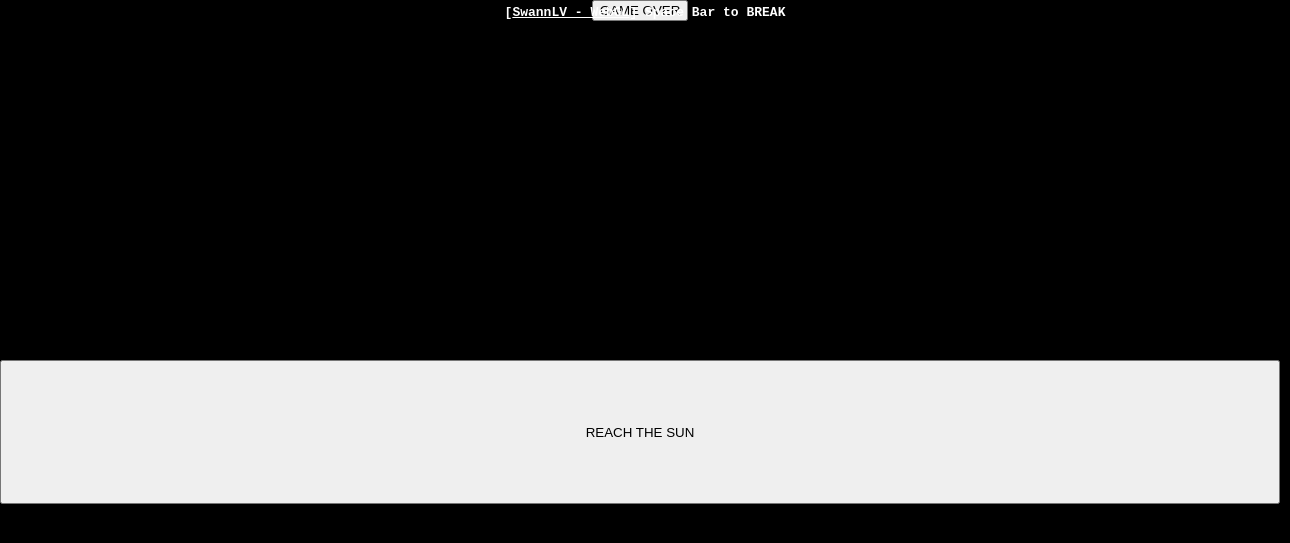
Repository: SwannLV/reach-the-sun
Page: Index.html
The author's editor kept a record of every edit. The page is drawn from the files as they stood at one moment, then again after the next edit.
The browser window is 1280 px wide. The page is 1290 px wide, so the pictures cover 1290 px, including what lies to the right of the window. The pictures show the whole page.
Some web libraries are served in a nearby version.

Above is the page before.
Console error: ReferenceError: THREE is not defined

After the next edit:
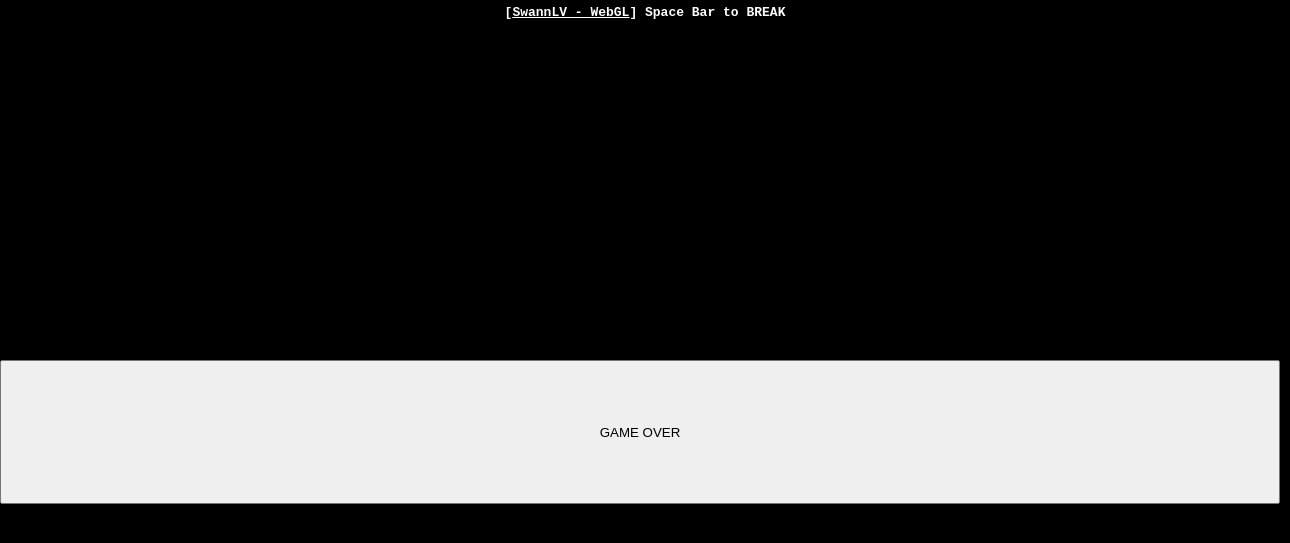
The edit:
--- a/Index.html
+++ b/Index.html
@@ -23,6 +23,14 @@
                 padding: 5px;
             }
             #start {
+                position: absolute;
+                top: 50%;
+                left: 0%;
+                width: 100%;
+                height: 20%;
+                padding: 5px;
+            }
+            #end {
                 position: absolute;
                 top: 50%;
                 left: 0%;
